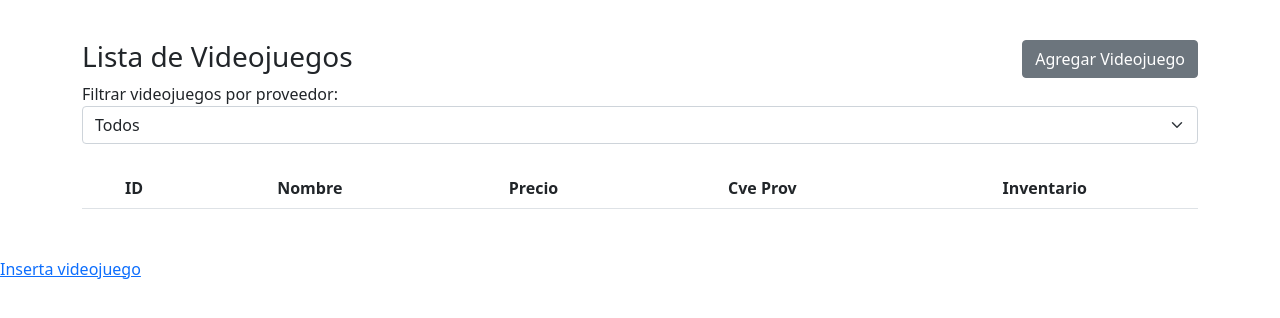
Repository: Jatziri16/JavaEE
Page: http://localhost/TiendaVideojuegos/MostrarVideojuegos.jsp
An editor plug-in stored every save of this project. The page is shown before and after the next save, followed by the edit.
The browser window is 1280 px wide. The pictures show the whole page.
The page is served by Tomcat 9. Other server files are loaded and not shown. Queries for data that is not in the repository find no rows.

Above is the page before, as saved 2023-12-06 22:45:52.

### TiendaVideojuegos/src/main/webapp/MostrarVideojuegos.jsp
<%@ page language="java" contentType="text/html; charset=UTF-8"
    pageEncoding="UTF-8"%>
<!DOCTYPE html>
<html>
	<head>
		<meta charset="UTF-8">
		<title>Lista de Videojuegos</title>
		<link rel=stylesheet href="css/mostrarVideojuegos.css" type="text/css">
		<link href="https://cdn.jsdelivr.net/npm/bootstrap@5.1.3/dist/css/bootstrap.min.css" rel="stylesheet" integrity="sha384-1BmE4kWBq78iYhFldvKuhfTAU6auU8tT94WrHftjDbrCEXSU1oBoqyl2QvZ6jIW3" crossorigin="anonymous">
	</head>
	<body>
		<!-- Imports -->
		<%@ page import="mx.com.cursodia.javaEE2022.Beans.Videojuego"%>
		<%@ page import="mx.com.cursodia.javaEE2022.Beans.Proveedor"%>
		<%@ page import="java.sql.ResultSet"%>
		<%@ page import="java.sql.SQLException"%>


		<div class="container">
	        <br>
	        <div class="d-flex justify-content-between mt-3">
	        	<h3>Lista de Videojuegos</h3>
	        	<div>
			        <a class="btn btn-secondary" href="FormularioInsertarVideojuego.jsp" role="button"> Agregar Videojuego </a>
			        <!-- <a class="btn btn-secondary" href="MostrarProveedores.do" role="button"> Proveedores </a>-->
	        	</div>
	        </div>

	        <form>
				Filtrar videojuegos por proveedor:
				<select name="Proveedor" class="form-select" id="selectprov">
					<option value="" disabled>Selecciona un proveedor</option>
					<option value="Todos" selected>Todos</option>
					<%
						ResultSet rsProv = null;
						try {
							rsProv = Proveedor.getProveedores();

							while(rsProv.next())
							{%>
							<option value="<%= rsProv.getInt("cve_prov") %>"><%= rsProv.getInt("cve_prov") %> - <%= rsProv.getString("nom_prov") %></option>
							<%}
						}
						catch (SQLException e)
						{
							System.out.println("Error al acceder a la Base de Datos " +e.getMessage());
						}
						finally
						{
							if(rsProv != null) rsProv.close();
						}
					%>
				</select>
			</form>

			<table id="dtBasicExample" class="table table-striped mt-4 mb-5">
	        	<thead>
	            	<tr>
	              		<th>ID</th>
	              		<th>Nombre</th>
	              		<th>Precio</th>
	              		<th>Cve Prov</th>
	              		<th>Inventario</th>
	            	</tr>
	          	</thead>
	          	<tbody>

	          		<%
						ResultSet rsVid = null;
						try {
							rsVid = Videojuego.getVideojuegos();

							while(rsVid.next())
							{%>
								<tr>
									<th><%= rsVid.getInt("cve_vid") %></th>
									<td><%= rsVid.getString("tit_vid") %></td>
									<td><%= rsVid.getFloat("pre_vid") %></td>
									<td><%= rsVid.getInt("cveprov_vid") %></td>
									<td><%= rsVid.getInt("inv_vid") %></td>
								</tr>
							<%}
						}
						catch (SQLException e)
						{
							System.out.println("Error al acceder a la Base de Datos" +e.getMessage());
						}
						finally
						{
							if(rsVid != null) rsVid.close();
						}
					%>
	          	</tbody>
	        </table>
		</div>


		<a href="FormularioInsertarVideojuego.jsp">Inserta videojuego</a>
	</body>
</html>

### TiendaVideojuegos/src/main/java/mx/com/cursodia/javaEE2022/Beans/Proveedor.java
package mx.com.cursodia.javaEE2022.Beans;

import java.sql.ResultSet;
import java.sql.SQLException;

import mx.com.cursodia.javaEE2022.DataBaseH.DataBaseHelper;

public class Proveedor {
	private int cve_prov;
	private String nom_prov;
	private String email_prov;
	private String tel_prov;

	public Proveedor() {}

	public Proveedor(int cve_prov, String nom_prov, String email_prov, String tel_prov)
	{
		this.cve_prov = cve_prov;
		this.nom_prov = nom_prov;
		this.email_prov = email_prov;
		this.tel_prov = tel_prov;
	}

	public String getNom_prov()
	{
		return nom_prov;
	}
	public void setNom_prov(String nom_prov)
	{
		this.nom_prov = nom_prov;
	}
	public String getEmail_prov()
	{
		return email_prov;
	}
	public void setEmail_prov(String email_prov)
	{
		this.email_prov = email_prov;
	}
	public String getTel_prov()
	{
		return tel_prov;
	}
	public void setTel_prov(String tel_prov)
	{
		this.tel_prov = tel_prov;
	}
	public int getCve_prov()
	{
		return cve_prov;
	}

	public static ResultSet getProveedores() throws SQLException
	{
		String query = "SELECT * FROM proveedores";
		DataBaseHelper dbh = new DataBaseHelper();
		cerrarConexion();
		return dbh.seleccionarRegistros(query);
	}
	private static void cerrarConexion() throws SQLException
	{
		DataBaseHelper dbh = new DataBaseHelper();
		if(dbh.getCon() != null) dbh.getCon().close();
		if(dbh.getStm() != null) dbh.getStm().close();
	}
}

### TiendaVideojuegos/src/main/java/mx/com/cursodia/javaEE2022/DataBaseH/DataBaseHelper.java
package mx.com.cursodia.javaEE2022.DataBaseH;

import java.sql.Connection;
import java.sql.DriverManager;
import java.sql.ResultSet;
import java.sql.SQLException;
import java.sql.Statement;

public class DataBaseHelper {

	private static final String DRIVER = "com.mysql.cj.jdbc.Driver";
	private static final String URL = "jdbc:mysql://localhost/gamers";
	private static final String USUARIO = "root";
	private static final String CLAVE = "";
	Connection con = null;
	Statement stm = null;

	public Connection getCon() {
		return con;
	}
	public Statement getStm() {
		return stm;
	}

	public int modificarVideojuego(String query) throws SQLException
	{

		int filas = 0;

		try {
			Class.forName(DRIVER);
			con = DriverManager.getConnection(URL, USUARIO, CLAVE); //DB, User, PSW
			stm = con.createStatement();
			filas = stm.executeUpdate(query);
		}
		catch (ClassNotFoundException e)
		{
			System.out.println("Error al cargar el driver" +e.getMessage());
		}
		catch(SQLException e)
		{
			System.out.println("Error accediendo a la DB "+e.getMessage());
		}
		finally
		{
			if(stm != null) stm.close();
			if(con != null) con.close();
		}
		return filas;
	}

	public ResultSet seleccionarRegistros(String query)
	{
		Connection con = null;
		Statement stm = null;
		ResultSet rs = null;

		try {
			Class.forName(DRIVER);
			con = DriverManager.getConnection(URL, USUARIO, CLAVE); //DB, User, PSW
			stm = con.createStatement();
			rs = stm.executeQuery(query);
		}
		catch (ClassNotFoundException e)
		{
			System.out.println("Error al cargar el driver" +e.getMessage());
		}
		catch(SQLException e)
		{
			System.out.println("Error accediendo a la DB "+e.getMessage());
		}
		finally
		{
			//if(stm != null) stm.close();
			//if(con != null) con.close();
			/* Si cerramos aqui el ResultSet, no podrán acceder a los datos cuando lo enviemos*/
			//if(rs != null) rs.close();
		}
		return rs;
	}
}

### TiendaVideojuegos/src/main/java/mx/com/cursodia/javaEE2022/Beans/Videojuego.java
package mx.com.cursodia.javaEE2022.Beans;

import java.sql.ResultSet;
import java.sql.SQLException;

import mx.com.cursodia.javaEE2022.DataBaseH.DataBaseHelper;

public class Videojuego {
	private int cve_vid;
	private String tit_vid;
	private float pre_vid;
	private int cveprov_vid;
	private int inv_vid;

	public Videojuego() {}

	public Videojuego(int cve_vid, String tit_vid, float pre_vid, int cveprov_vid, int inv_vid)
	{
		this.cve_vid = cve_vid;
		this.tit_vid = tit_vid;
		this.pre_vid = pre_vid;
		this.cveprov_vid = cveprov_vid;
		this.inv_vid = inv_vid;
	}
	public String getTit_vid()
	{
		return tit_vid;
	}
	public void setTit_vid(String tit_vid)
	{
		this.tit_vid = tit_vid;
	}
	public float getPre_vid()
	{
		return pre_vid;
	}
	public void setPre_vid(float pre_vid)
	{
		this.pre_vid = pre_vid;
	}
	public int getCveprov_vid()
	{
		return cveprov_vid;
	}
	public void setCveprov_vid(int cveprov_vid)
	{
		this.cveprov_vid = cveprov_vid;
	}
	public int getInv_vid()
	{
		return inv_vid;
	}
	public void setInv_vid(int inv_vid)
	{
		this.inv_vid = inv_vid;
	}
	public int getCve_vid()
	{
		return cve_vid;
	}

	public static void setVideojuego(int cve, String titulo, float precio, int cveprov, int inventario) throws SQLException
	{
		String query = "INSERT INTO videojuegos (cve_vid,tit_vid,pre_vid,cveprov_vid,inv_vid) VALUES ";
		query += "("+cve+",'"+titulo+"',"+precio+","+cveprov+","+inventario+")";
		DataBaseHelper dbh = new DataBaseHelper();
		dbh.modificarVideojuego(query);
		cerrarConexion();
	}
	public static ResultSet getVideojuegos() throws SQLException
	{
		String query = "SELECT * FROM videojuegos";
		DataBaseHelper dbh = new DataBaseHelper();
		cerrarConexion();
		return dbh.seleccionarRegistros(query);
	}

	private static void cerrarConexion() throws SQLException
	{
		DataBaseHelper dbh = new DataBaseHelper();
		if(dbh.getCon() != null) dbh.getCon().close();
		if(dbh.getStm() != null) dbh.getStm().close();
	}
}

### TiendaVideojuegos/src/main/webapp/css/mostrarVideojuegos.css
body {
	background-color: rgba(106, 106, 155, 0.637);
}

tr {
	text-align: center;
}

After the next save:
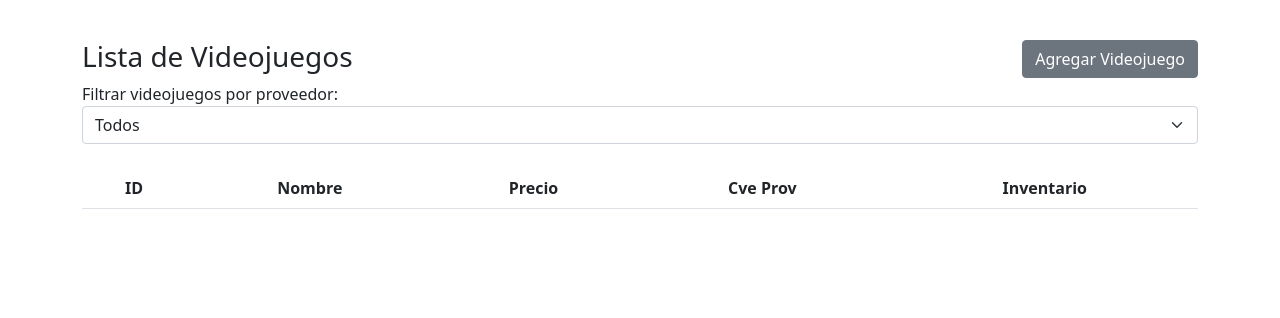
Saved 43 s later.
--- a/TiendaVideojuegos/src/main/webapp/MostrarVideojuegos.jsp
+++ b/TiendaVideojuegos/src/main/webapp/MostrarVideojuegos.jsp
@@ -93,8 +93,5 @@
 	          	</tbody>
 	        </table>
 		</div>
-
-
-		<a href="FormularioInsertarVideojuego.jsp">Inserta videojuego</a>
 	</body>
 </html>
